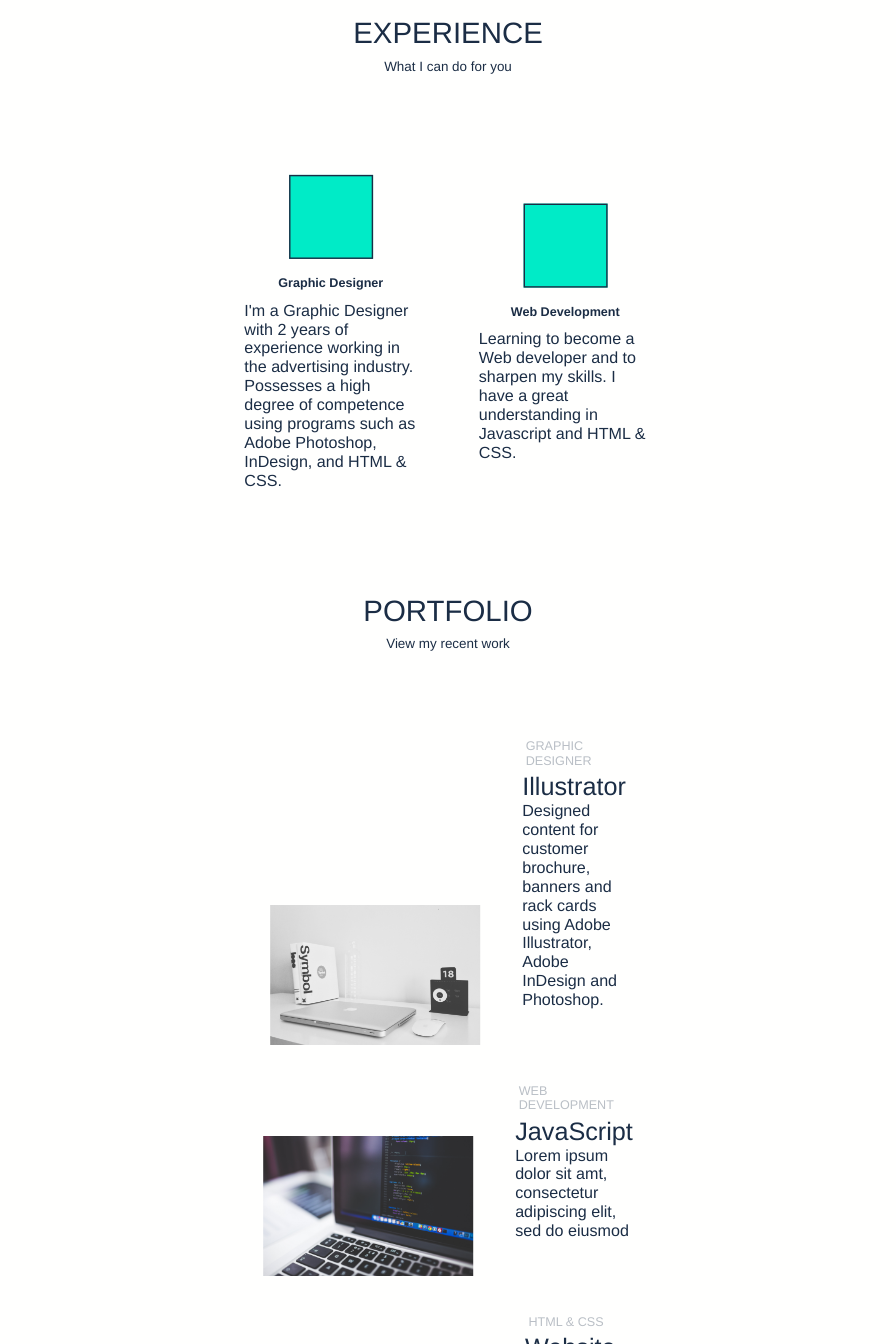
Repository: jb150524/JB-Portfolio
Page: index.html
These files come from the project's save history. The page is drawn as it stood at one moment and after the next save; the edit follows.
The browser window is 1280 px wide. The pictures show the part of the page from y = 1327 to 3247 px (the page is 4277 px tall before and 4417 px after), at 70% of full size.
Some icons come from a web library that is not loaded, so they are not drawn.

Above is the page before, as saved 2021-07-24 19:45:58.

After the next save:
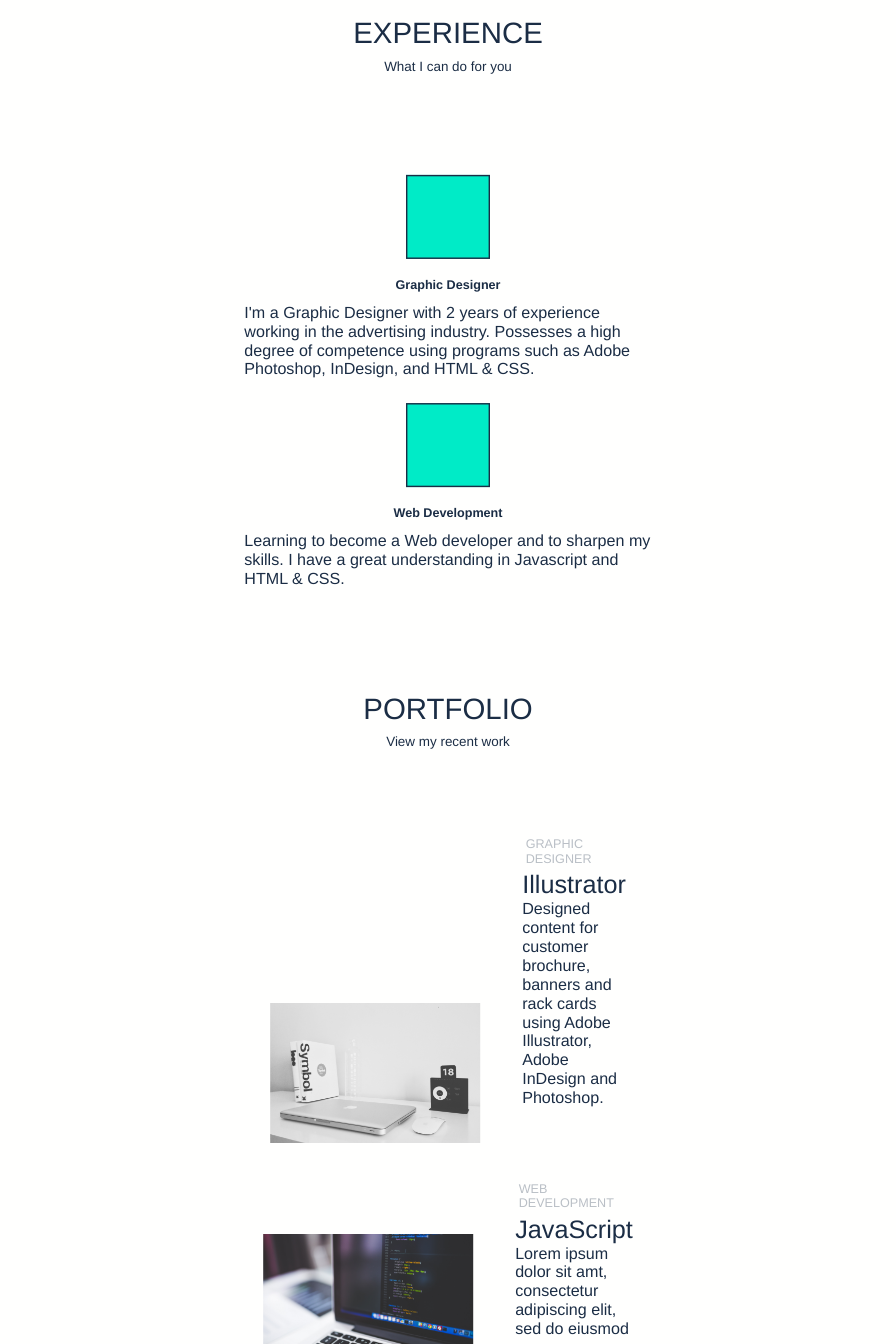
Saved 9 s later.
--- a/style.css
+++ b/style.css
@@ -228,7 +228,7 @@
     text-align: center;
 }
 
-.skills {
+.my-skills {
     display: flex;
     flex-direction: column;
     justify-content: center;

After the save that followed:
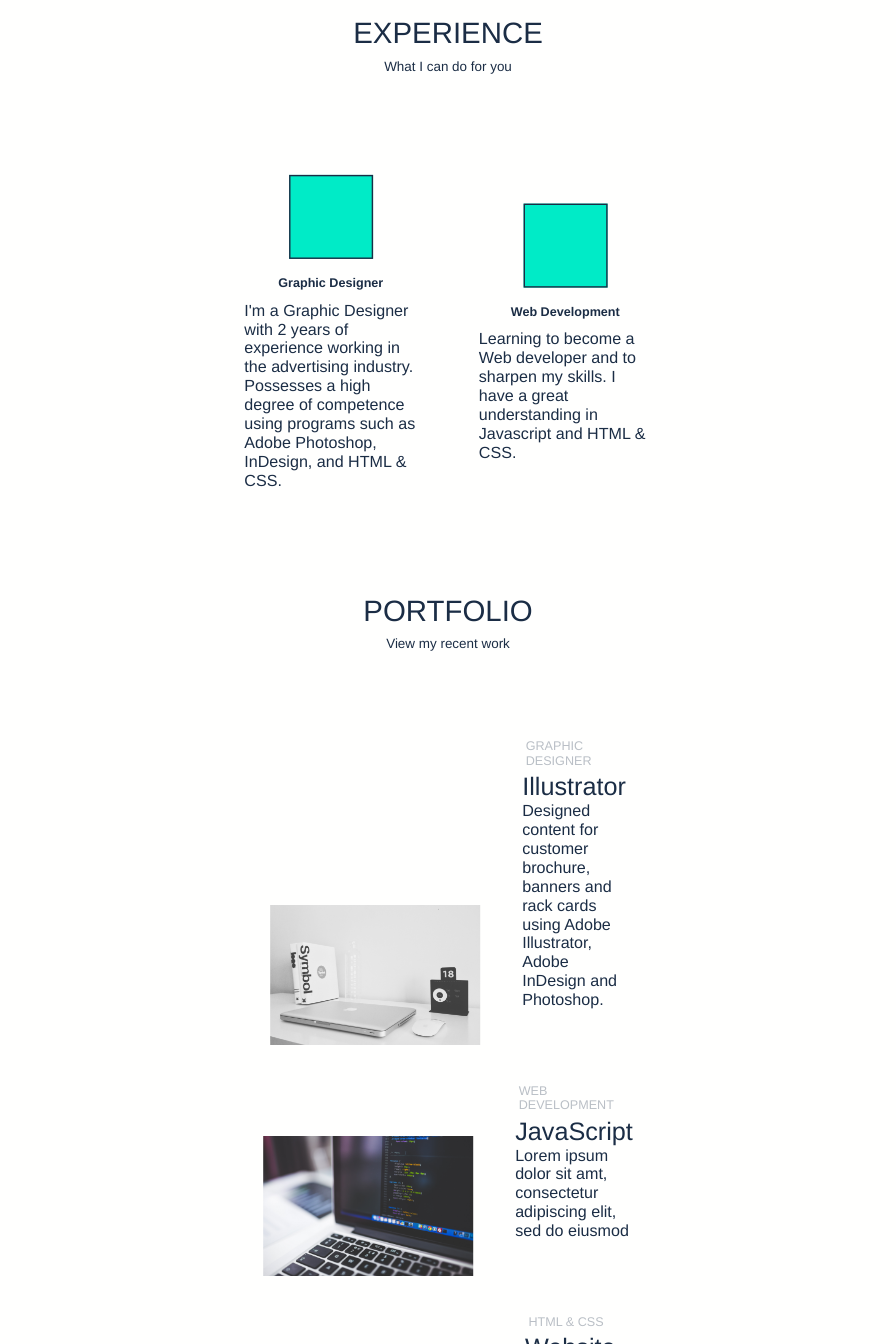
Saved 12 s later.
--- a/style.css
+++ b/style.css
@@ -228,7 +228,7 @@
     text-align: center;
 }
 
-.my-skills {
+.skills {
     display: flex;
     flex-direction: column;
     justify-content: center;
